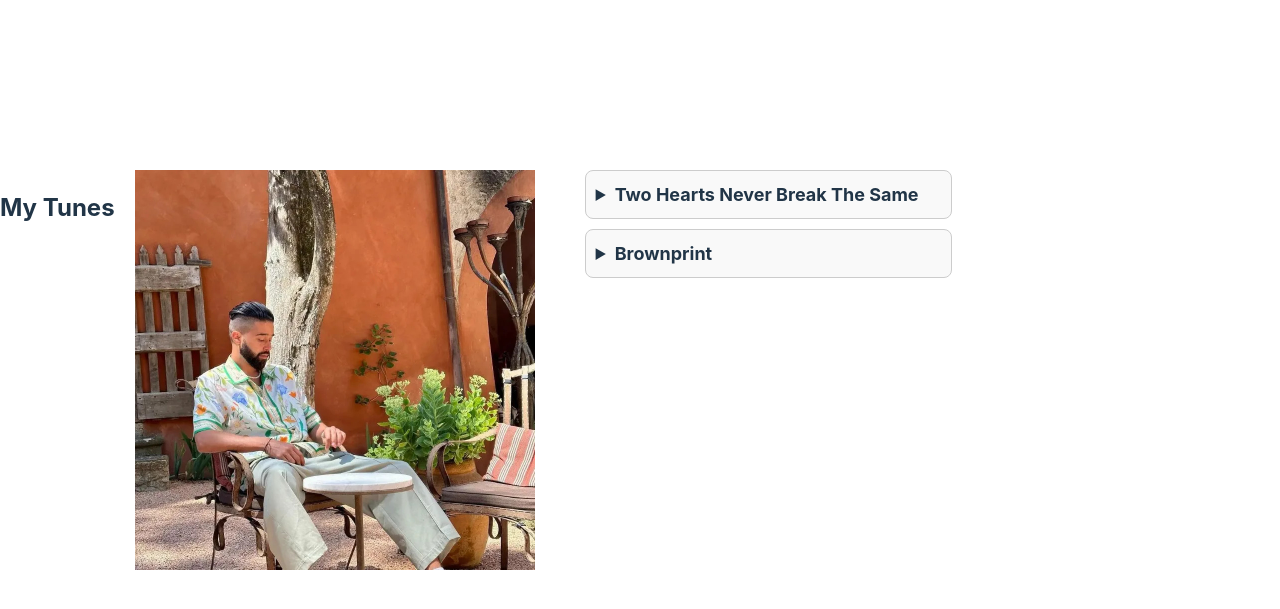
Repository: GavinPahal/my_app
Page: / (app in react/)
An editor plug-in stored every save of this project. The page is shown before and after a run of saves, followed by the edit.
The browser window is 1280 px wide. The pictures show the whole page.
The project was rebuilt for these pictures with package versions that can differ from the ones it lists, and the page was loaded fresh each time. Also part of the build but not shown: react/vite.config.js.

Above is the page before, as saved 2024-09-14 13:27:52.

### react/src/App.jsx
import { useState } from 'react'
import ap from '/Untitled-34.jpg'
import './App.css'

function App() {
  return (
    <div className="container">
      <h2>My Tunes</h2>
      <img src={ap} alt="Vite logo" width={400} height={400}/>
      <div className="album">
        <details name="reqs">
          <summary>Two Hearts Never Break The Same</summary>
          <ol>
            <li>All Night(Live)</li>
            <li>Hills</li>
            <li>SummerHigh</li>
            <li>Wo Noor</li>
            <li>Dil Nu</li>
          </ol>
        </details>
        <details name="reqs">
          <summary>Brownprint</summary>
          <ol>
            <li>Brownprint</li>
            <li>315</li>
            <li>Old Money</li>
            <li>Losing Myself</li>
            <li>Distance</li>
            <li>After Midnight</li>
            <li>Bora Bora</li>
            <li>Sweet Flower</li>
            <li>To Be Contuined</li>
          </ol>
        </details>
      </div>
    </div>
  )
}

export default App

### react/src/App.css
.container {
  display: flex;
  justify-content: center;
  align-items: flex-start;
  margin-top: 20px;
}

img {
  margin-right: 50px;
margin-left: 20px;
}

.album {
  display: flex;
  flex-direction: column;
  max-width: 400px;
}

details {
  width: 100%;
  margin-bottom: 10px;
  border: 1px solid #ccc;
  border-radius: 8px;
  padding: 10px;
  background-color: #f9f9f9;
}

summary {
  font-size: 18px;
  font-weight: bold;
  cursor: pointer;
}

summary:hover {
  color: #007bff;
}

details[open] summary {
  color: #007bff;
}

ol {
  padding-left: 20px;
  margin: 10px 0;
  list-style: decimal;
}

Loaded but not shown: react/index.html (common file); react/src/main.jsx (common file); react/src/index.css (common file)

After the next 2 saves:
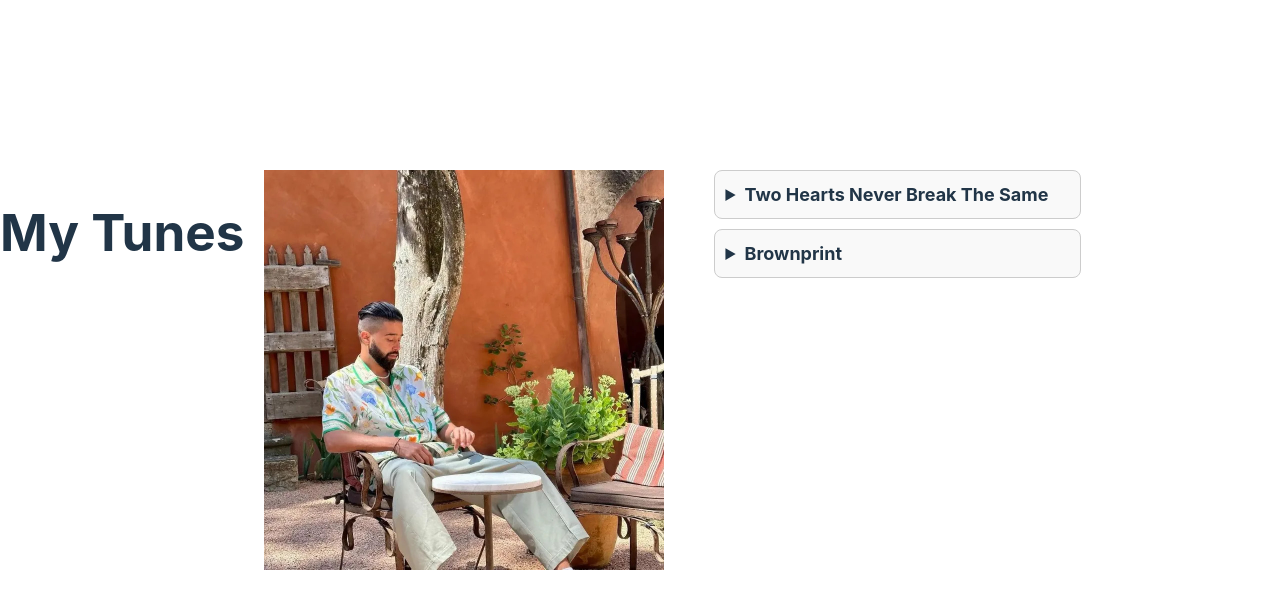
The 2 saves are shown as one change because 1 did not build or start.
The last was saved 44 s later.
--- a/react/src/App.jsx
+++ b/react/src/App.jsx
@@ -5,7 +5,7 @@
 function App() {
   return (
     <div className="container">
-      <h2>My Tunes</h2>
+      <h1 className='Heading'>My Tunes</h1>
       <img src={ap} alt="Vite logo" width={400} height={400}/>
       <div className="album">
         <details name="reqs">
